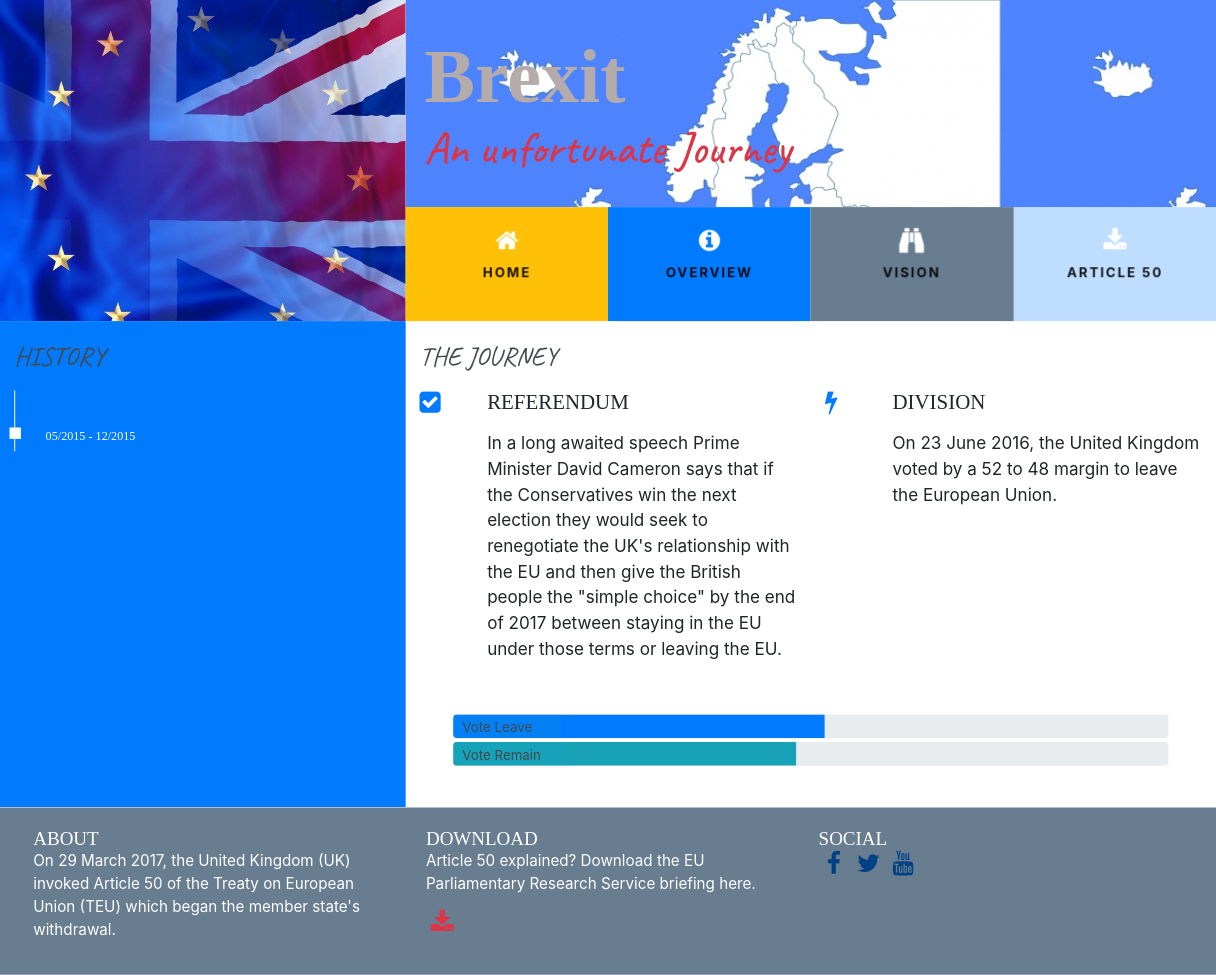
Repository: isiko1/Milestone_Project_One
Page: overview.html
The author's editor kept a record of every edit. The page is drawn from the files as they stood at one moment, then again after the next edit.
The browser window is 1280 px wide. The pictures show the whole page, at 95% of full size.
Some web fonts or font styles are not loaded; a fallback is used.

Above is the page before.

After the next edit:
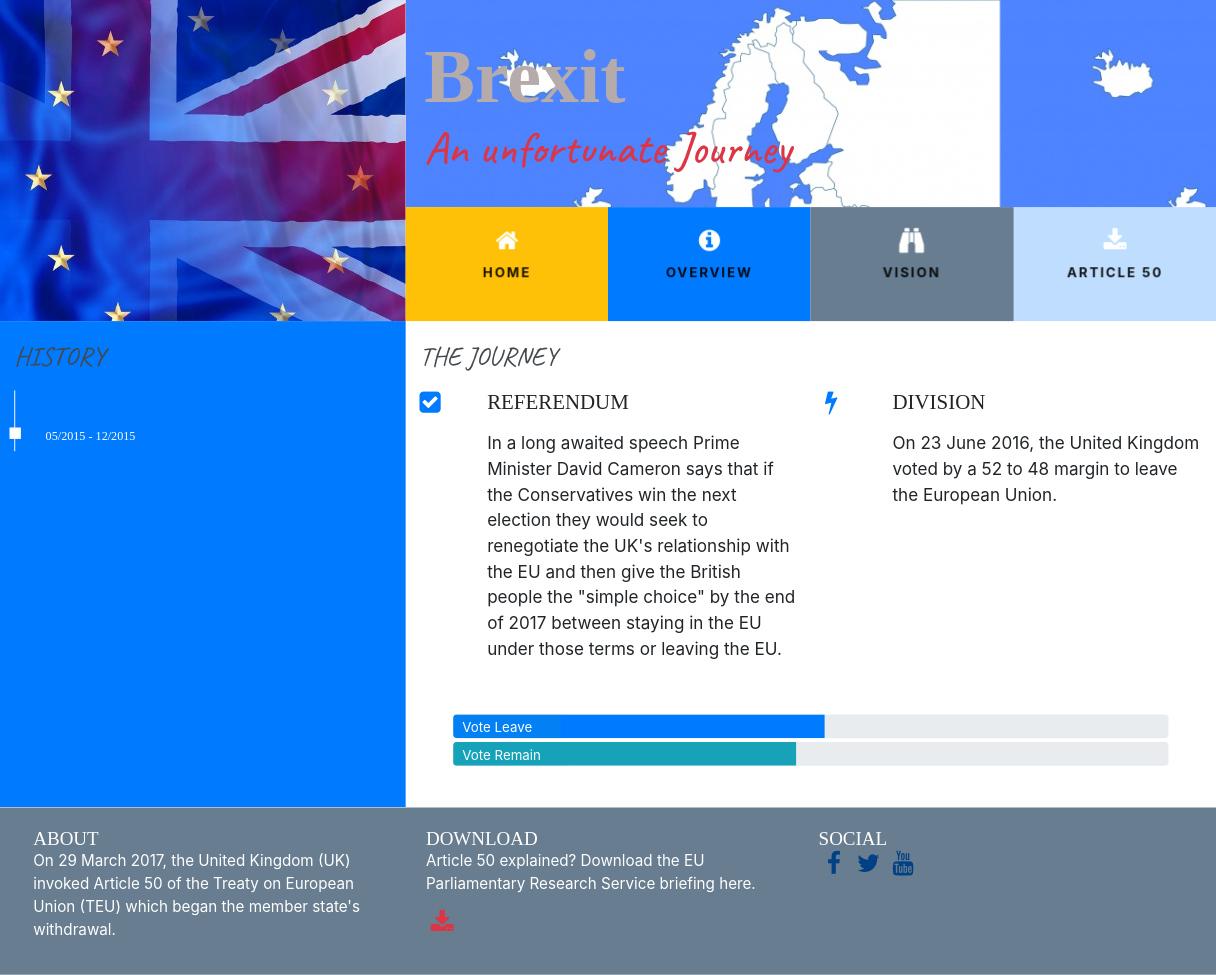
The edit:
--- a/info/css/style.css
+++ b/info/css/style.css
@@ -268,7 +268,7 @@
     font-size: 14px;
     font-weight: 400;
     padding: 3px 30px 2px 10px;
-    color: #43494e;
+    color: #fff;
     background-color: #17a2b829;
 }
 
